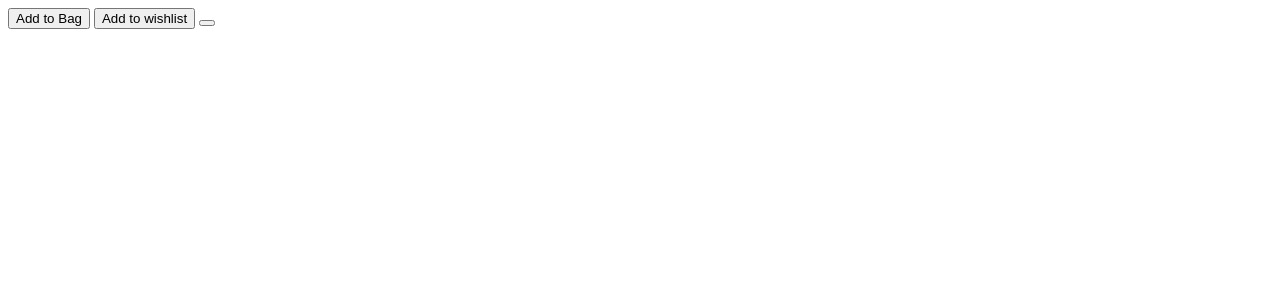
Repository: nihalani20/Learning-Js
Page: practice_set2/index.html
The author's editor kept a copy of each file at every save. The page is drawn from the files as they stood at one save, then again after a run of saves.
The browser window is 1280 px wide. The pictures show the whole page.

Above is the page before, as saved 2023-12-09 12:21:36.

### practice_set2/index.html
<!DOCTYPE html>
<html lang="en">
<head>
  <meta charset="UTF-8">
  <meta name="viewport" content="width=device-width, initial-scale=1.0">
  <title>Myntra bag exercise</title>
  <link  href="/practice_set2/style.css" rel="stylesheet">
  <link href="/practice_set2/index.js" >
</head>
<body>
  <main>
     <button class="bag" onclick="alert('Added to bag')">Add to Bag</button>
      <button class="wishlist" onclick="alert('Added to wishlist')">Add to wishlist</button>
      <button class="item" onclick="alert('Item added')"














  </main>
</body>
</html>

### practice_set2/style.css
.bag{

}

After the next 4 saves:
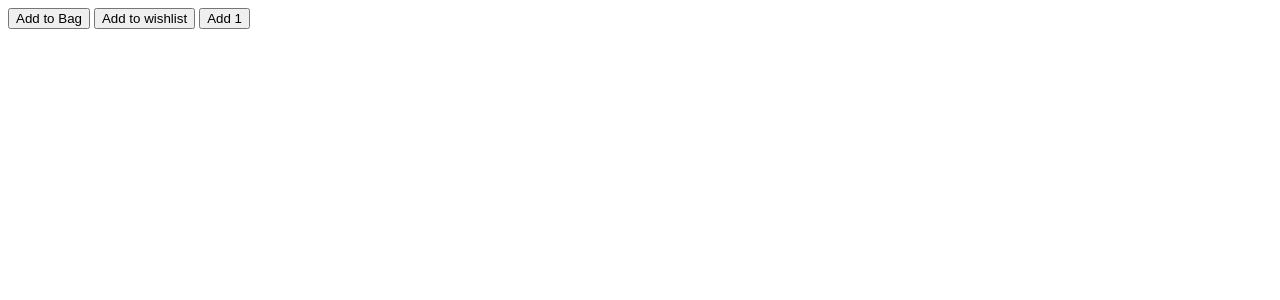
The 4 saves are shown as one change because they came seconds apart.
The last was saved 12 s later.
--- a/practice_set2/index.html
+++ b/practice_set2/index.html
@@ -11,7 +11,7 @@
   <main>
      <button class="bag" onclick="alert('Added to bag')">Add to Bag</button>
       <button class="wishlist" onclick="alert('Added to wishlist')">Add to wishlist</button>
-      <button class="item" onclick="alert('Item added')"
+      <button class="item" onclick="alert('Item added')">Add 1</button>
 
 
 
